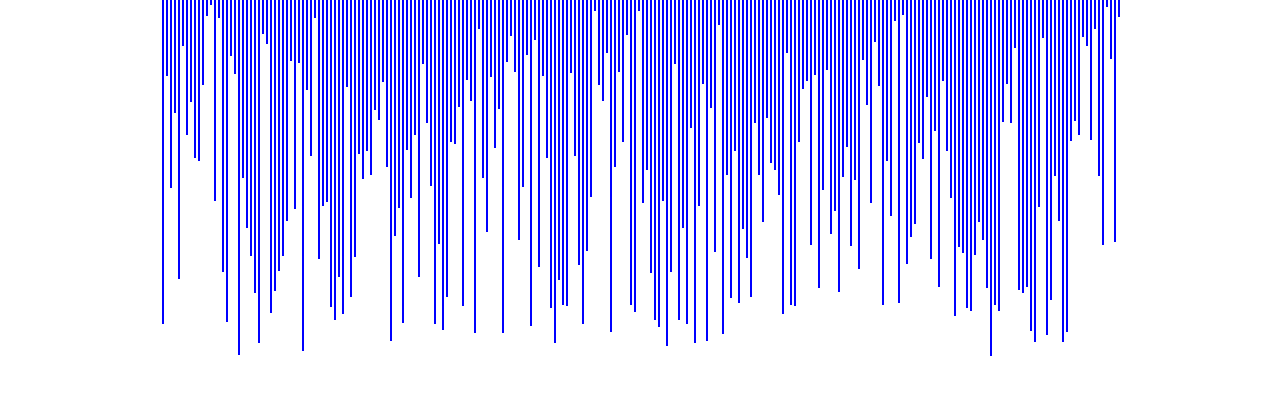
Repository: rehans-Life/sorting-visualizer
Page: /
These files come from the project's save history. The page is drawn as it stood at one moment and after the next save; the edit follows.
The browser window is 1280 px wide. The pictures show the whole page.
The project was rebuilt for these pictures with package versions that can differ from the ones it lists, and the page was loaded fresh each time. The framework's server and built-in components were replaced by stand-ins that run in the browser. Also part of the build but not shown: next.config.js.

Above is the page before, as saved 2023-03-17 17:47:18.

### pages/index.js
import Head from "next/head";
import { useEffect, useRef, useState } from "react";
import Element from "../components/Element";
import styles from "../styles/Home.module.css";

export default function Home() {
  const randomNumber = (min, max) => {
    return Math.floor(Math.random() * (max - min) + min);
  };

  const generateRandomArray = (bars) => {
    let arr = [];

    for (let i = 0; i < bars; i++) {
      arr.push(randomNumber(5, 360));
    }

    return arr;
  };

  const [array, setArray] = useState([]);
  const [bars, setBars] = useState(0);
  const arrRef = useRef();

  useEffect(() => {
    const findBars = () => {
      let width = arrRef.current.clientWidth;
      let bars = Math.floor(width / 4);
      setBars(bars);
    };
    window.onresize = findBars;
    findBars();
    // eslint-disable-next-line react-hooks/exhaustive-deps
  }, []);

  useEffect(() => {
    setArray(generateRandomArray(bars));
    // eslint-disable-next-line react-hooks/exhaustive-deps
  }, [bars]);

  return (
    <div className={styles.container}>
      <Head>
        <title>Create Next App</title>
        <meta name="description" content="Generated by create next app" />
        <link rel="icon" href="/favicon.ico" />
      </Head>
      <div ref={arrRef} className={styles.array}>
        {array.map((number, index) => (
          <Element key={index} number={number} />
        ))}
      </div>
    </div>
  );
}

### styles/globals.css
@import url("https://fonts.googleapis.com/css2?family=Lato:wght@100;300;400;700;900&family=Poppins:ital,wght@0,100;0,200;0,300;0,400;0,500;0,600;0,700;1,200&display=swap");

html,
body {
  padding: 0;
  margin: 0;
  font-family: Poppins;
}

a {
  color: inherit;
  text-decoration: none;
}

* {
  box-sizing: border-box;
}

### components/Element.jsx
import React from "react";
import styles from "../styles/Element.module.css";

export default function Element({ number }) {
  return (
    <div className={styles.element} style={{ height: `${number}px` }}></div>
  );
}

### styles/Home.module.css
.container {
  display: flex;
  justify-content: center;
  align-items: flex-end;
  width: 100%;
  height: 100%;
}

.array {
  display: flex;
  width: 75%;
}

### styles/Element.module.css
.element {
  width: 2px;
  background-color: blue;
  margin: 0 0 0 2px;
}

Loaded but not shown: pages/_app.js (common file)

After the next save:
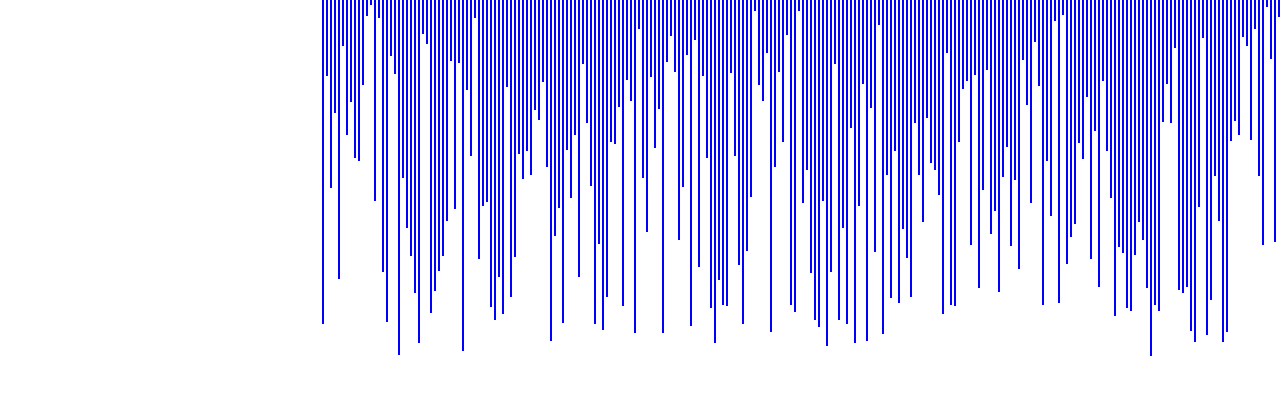
Saved 28 s later.
--- a/styles/Home.module.css
+++ b/styles/Home.module.css
@@ -1,9 +1,6 @@
 .container {
-  display: flex;
-  justify-content: center;
-  align-items: flex-end;
-  width: 100%;
-  height: 100%;
+  display: grid;
+  place-items: end;
 }
 
 .array {
